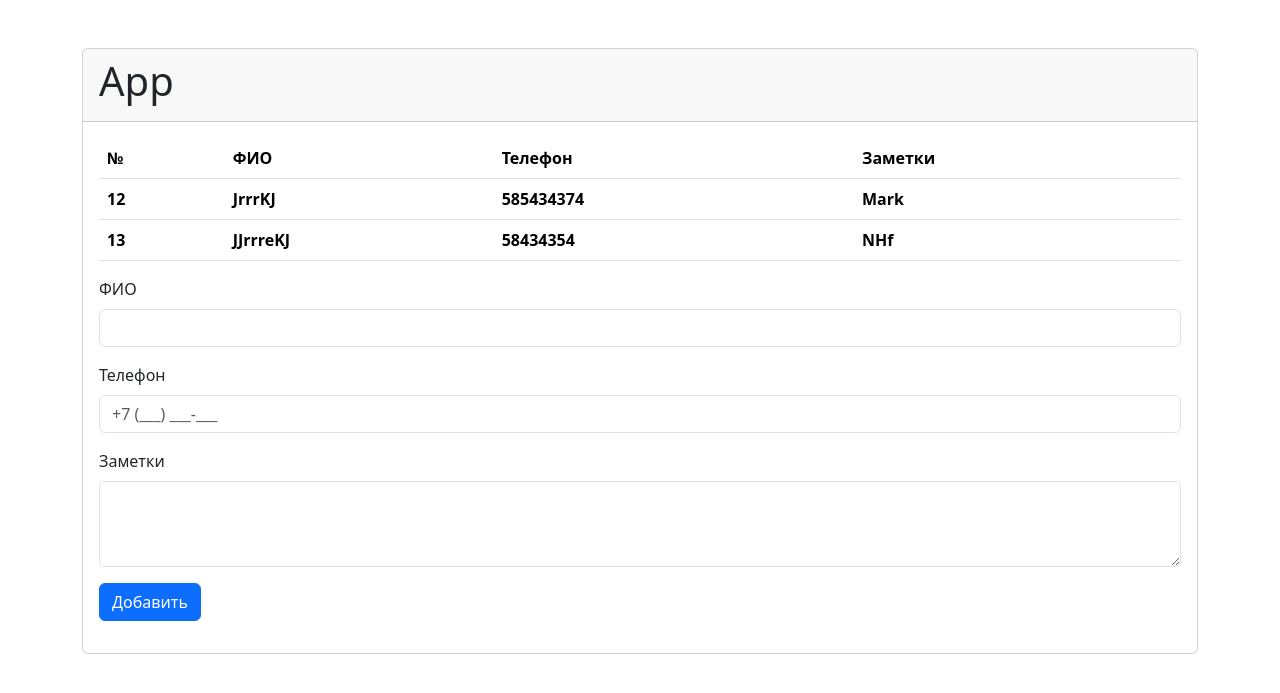
Repository: tatacheba/appstepikjavareact
Page: / (app in client/)
These files come from the project's save history. The page is drawn as it stood at one moment and after a run of saves; the edit follows.
The browser window is 1280 px wide. The pictures show the whole page.
The project was rebuilt for these pictures with package versions that can differ from the ones it lists, and the page was loaded fresh each time. Also part of the build but not shown: client/src/App.css.

Above is the page before, as saved 2024-11-27 16:58:30.

After the next 2 saves:
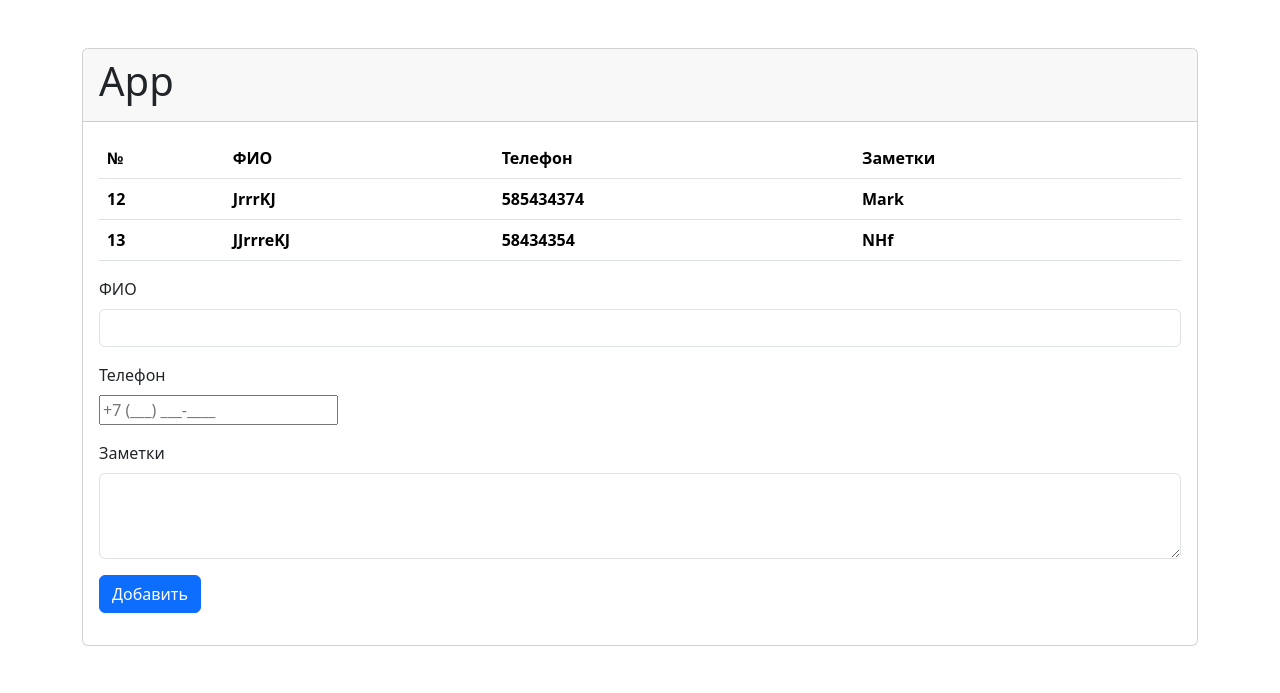
The 2 saves are shown as one change because 1 did not build or start.
The last was saved 93 s later.
--- a/client/src/layouts/formNewItem/FormNewItem.js
+++ b/client/src/layouts/formNewItem/FormNewItem.js
@@ -1,6 +1,6 @@
 import React from "react";
 import { useState } from "react";
-import ReactInputMask from "react-input-mask";
+import InputMask from "react-input-mask";
 
 function FormNewItem(props) {
     const [fullName, setFullName] = useState("");
@@ -43,11 +43,9 @@ function FormNewItem(props) {
                 </div>
                 <label className="form-label">Телефон</label>
                 <div className="mb-3">
-                    <ReactInputMask
-                        type="tel"
-                        className="form-control"
-                        mask="+7 (999) 999-999"
-                        placeholder="+7 (___) ___-___"
+                    <InputMask
+                        mask="+7 (999) 999-9999"
+                        placeholder="+7 (___) ___-____"
                         value={phone}
                         onInput={handleInput}
                         onChange={(e) => {
